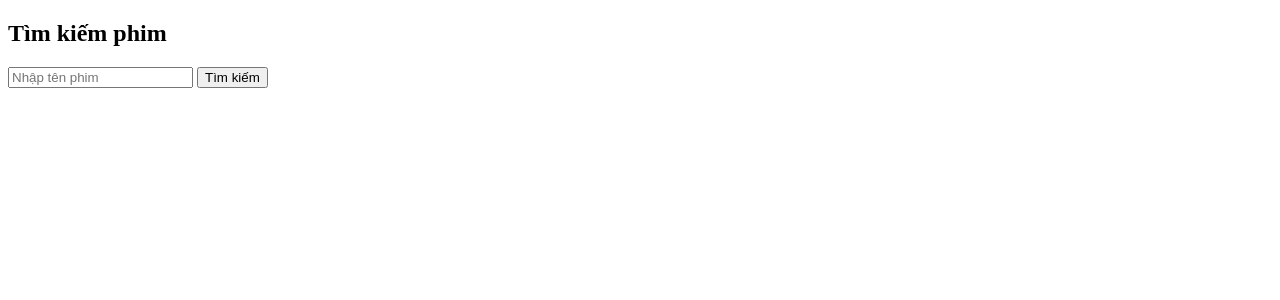
Repository: duy59/cineman
Page: http://localhost/cineman-main/khachhang/gdTimkiemphim303.jsp
These files come from the project's save history. The page is drawn as it stood at one moment and after the next save; the edit follows.
The browser window is 1280 px wide. The pictures show the whole page.
The page is served by Tomcat 9.

Above is the page before, as saved 2024-11-01 03:13:31.

After the next save:
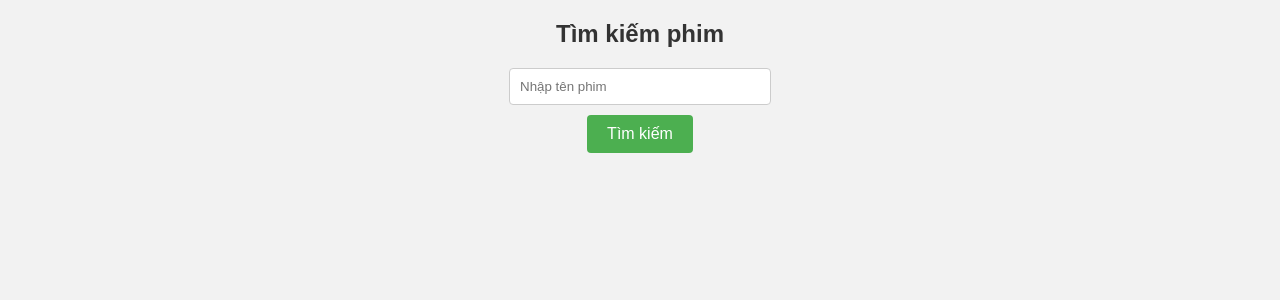
Saved 13 s later.
--- a/cineman-main/src/main/webapp/khachhang/gdTimkiemphim303.jsp
+++ b/cineman-main/src/main/webapp/khachhang/gdTimkiemphim303.jsp
@@ -7,6 +7,7 @@
 <head>
     <meta charset="UTF-8">
     <title>Tìm kiếm phim</title>
+    <link rel="stylesheet" type="text/css" href="timkiemphim303.css">
 </head>
 <body>
     <h2>Tìm kiếm phim</h2>
